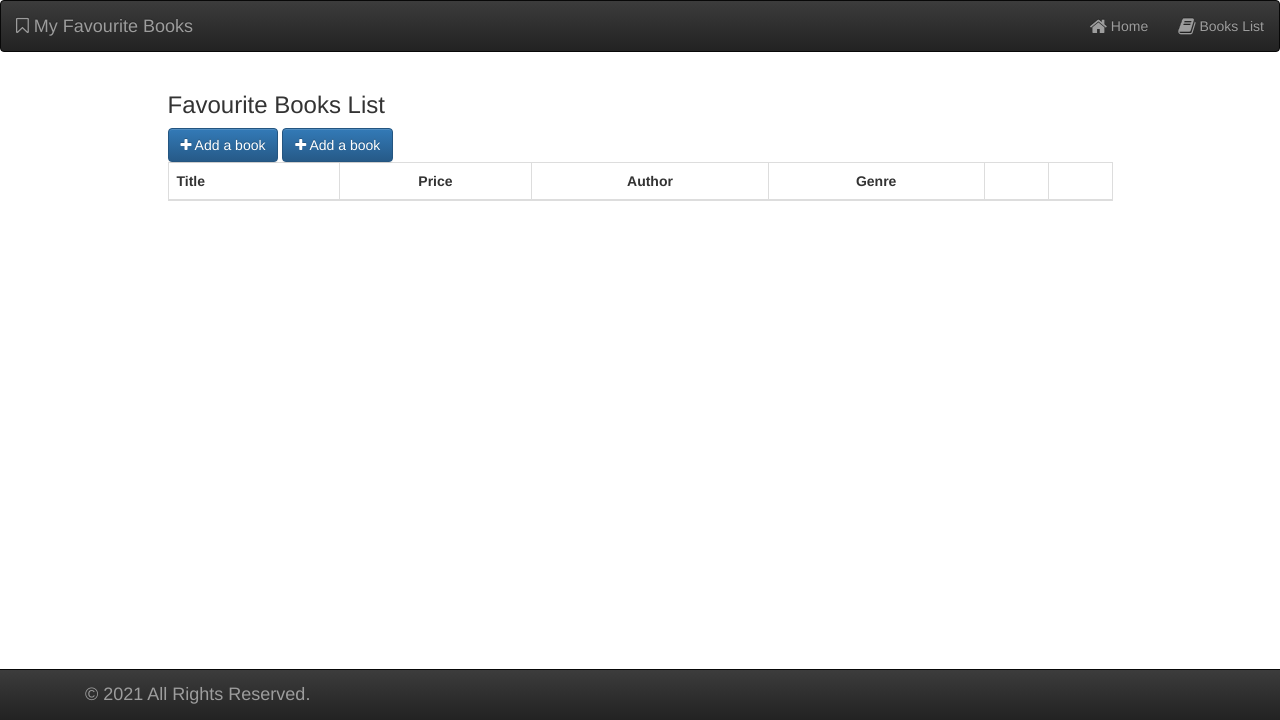
Repository: MateoD-0700/MyFirstRepo
Page: http://localhost/books
The author's editor kept a copy of each file at every save. The page is drawn from the files as they stood at one save, then again after the next save.
The browser window is 1280 px wide. The pictures show the whole page.
The page is served by the project's Node server (server.js). Queries for data that is not in the repository find no rows.

Above is the page before, as saved 2021-06-22 16:38:46.

After the next save:
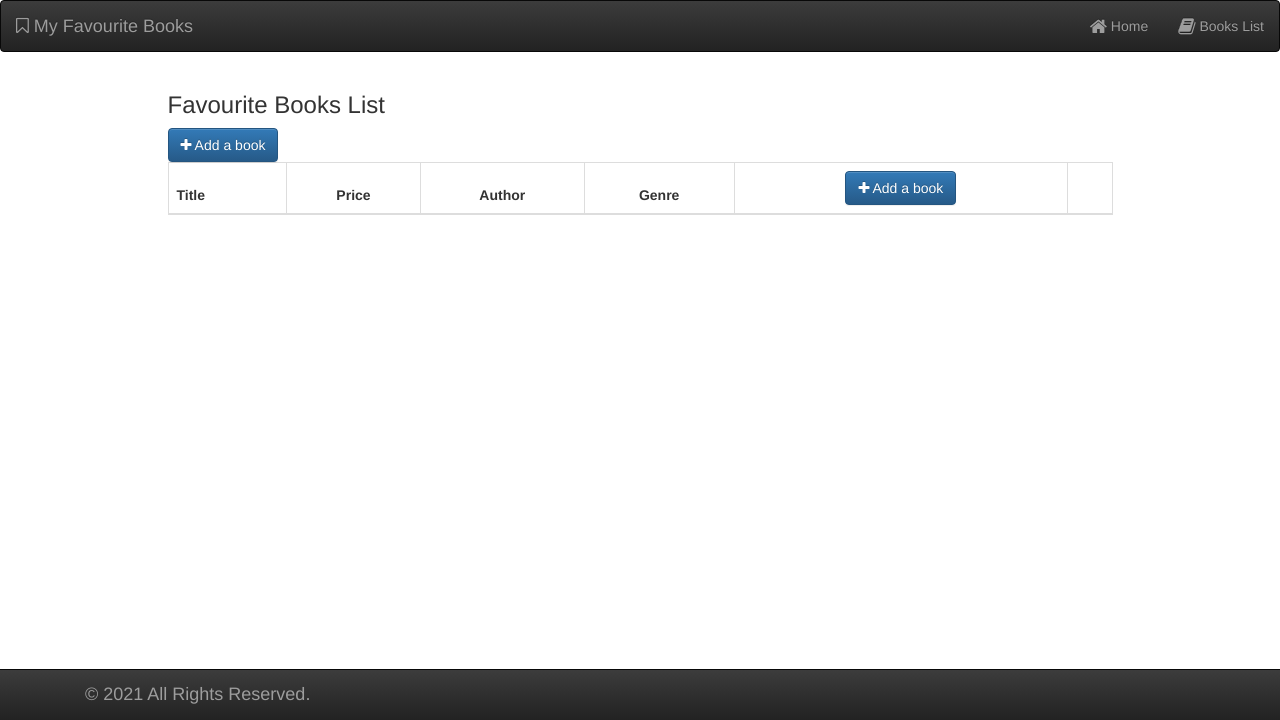
Saved 11 s later.
--- a/Desktop/Semester 3/Web Application Development/COMP229-F2020-Midterm--301156025--main/server/views/books/index.ejs
+++ b/Desktop/Semester 3/Web Application Development/COMP229-F2020-Midterm--301156025--main/server/views/books/index.ejs
@@ -9,7 +9,7 @@
           <!-- FIX THE ADD BUTTON BELOW -->
           <!-- ------------------------ -->
           <a href="" class="btn btn-primary"><i class="fa fa-plus"></i> Add a book</a>
-          <a href="" class="btn btn-primary"><i class="fa fa-plus"></i> Add a book</a>
+
           <br>
           <div class="table-responsive">
             <table class="table table-bordered table-striped table-hover">
@@ -19,7 +19,7 @@
                   <th class="text-center">Price</th>
                   <th class="text-center">Author</th>
                   <th class="text-center">Genre</th>
-                  <th class="text-center"></th>
+                  <th class="text-center"><a href="" class="btn btn-primary"><i class="fa fa-plus"></i> Add a book</a></th>
                   <th class="text-center"></th>
                 </tr>
                 </thead>
